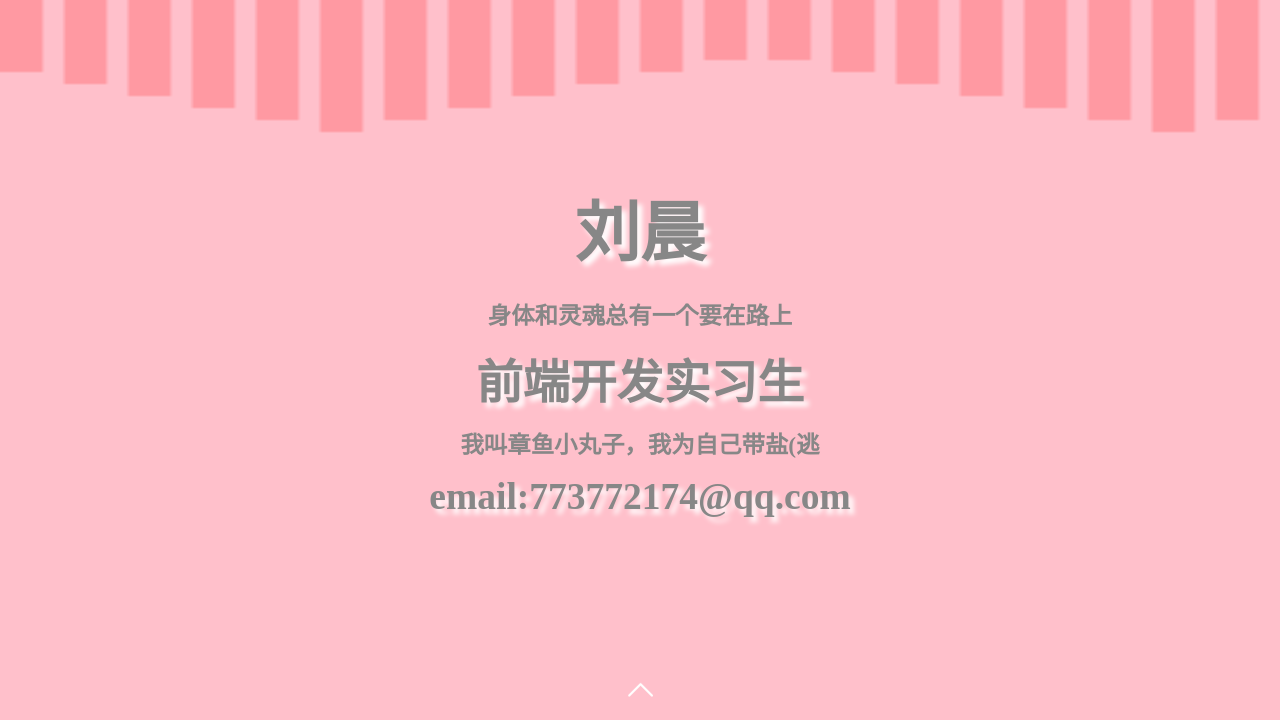
Repository: zhangyugege/resume
Page: index.html
The author's editor kept a copy of each file at every save. The page is drawn from the files as they stood at one save, then again after the next save.
The browser window is 1280 px wide. The pictures show the whole page.

Above is the page before, as saved 2018-04-27 10:06:18.

After the next save:
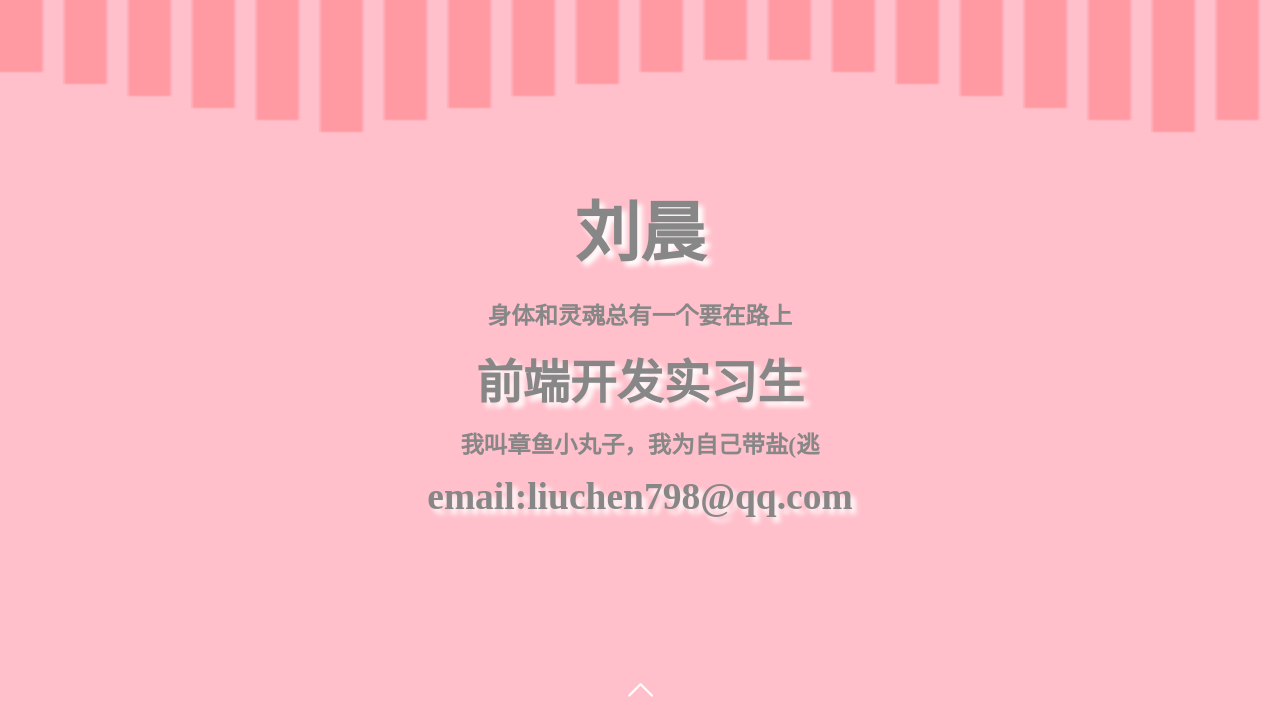
Saved 2 min 59 s later.
--- a/index.html
+++ b/index.html
@@ -17,7 +17,7 @@
             <p class="p3 pt-page-moveFromTop">身体和灵魂总有一个要在路上</p>
             <p class="p2 pt-page-moveFromTop">前端开发实习生</p>
             <p class="p3 pt-page-moveFromTop">我叫章鱼小丸子，我为自己带盐(逃</p>
-            <p class="p2 pt-page-moveFromTop">email:773772174@qq.com</p>
+            <p class="p2 pt-page-moveFromTop">email:liuchen798@qq.com</p>
             <img class="img_3 pt-page-moveIconUp " src="images/icon_up.png">
     </div>
     <div class="page page-2-1 hide">
